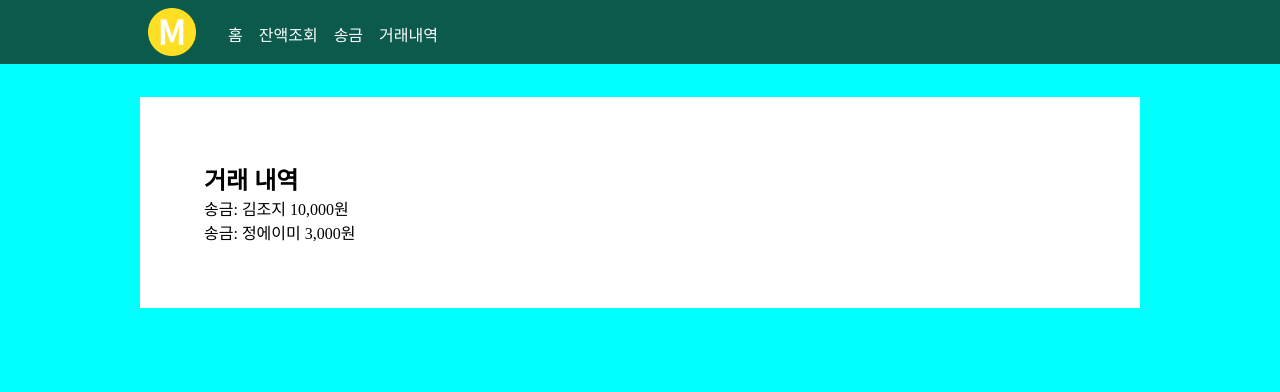
Repository: JiNookk/makaobank
Page: week06/makaoBank/transaction.html
The author's editor kept a copy of each file at every save. The page is drawn from the files as they stood at one save, then again after the next save.
The browser window is 1280 px wide. The pictures show the whole page.

Above is the page before, as saved 2022-09-13 17:18:44.

### week06/makaoBank/transaction.html
<!DOCTYPE html>
<html lang="ko">
    <head>
        <meta charset="UTF-8">
        <title>마카오 뱅크</title>
        <!-- <link rel="favicon for makaoBank" href="./resources/logo.png"> favicon나중에 넣어보기-->
        <link rel="stylesheet" href="./css/reset.css">
        <link rel="stylesheet" href="./css/layout.css">
        <link rel="stylesheet" href="./css/elements.css">
    </head>
    <body>
        <header>
            <nav id="nav-item-container">
                <a href="./index.html">
                    <img id="home-logo" alt="makaoBank home Button" src="./resources/logo.png">
                </a>
                <a href="./index.html">홈</a>
                <a href="./amount.html">잔액조회</a>
                <a href="./transfer.html">송금</a>
                <a href="./transaction.html">거래내역</a>
            </nav>
        </header>
        <main>
            <section class="content-container">
               <h1>거래 내역</h1>
               <p>송금: 김조지 10,000원</p>
               <p>송금: 정에이미 3,000원</p>
            </section>
        </main>
    </body>
</html>

### week06/makaoBank/css/reset.css
* {
    box-sizing: border-box;
    margin: 0px;
    padding: 0px;
}

### week06/makaoBank/css/layout.css
html{
    width: 100%;
    height: 100%;
}

body{
    display: grid;
    grid: 4rem 1fr 18fr 1fr / 1fr 500px 500px 1fr;

    grid-template-areas:
    "header header header header"
    ". . . ."
    ". main main ."
    ". . . .";

    color: white;
    background-color: aqua;

    width: 100%;
    height: 100%;
}

#home-contents-container{
    grid: 4rem 20vh 300px 24vh / 1fr 500px 500px 1fr;
    grid-template-areas:
    "header header header header"
    ". . . ."
    ". main main ."
    ". . . .";
}

header{
    grid-column-start: span 4;
    grid-area:header;

    display: grid;
    grid-template-columns: 1fr 500px 500px 1fr;

    height: 4rem;
    background-color: rgb(11,90,76);
}

nav{
    grid-column-start: 2;
    grid-row-start: 1;
}

nav *{
    margin-right: 1rem;
}

main{
    grid-area: main;
}

aside{
    grid-area: aside;
}

### week06/makaoBank/css/elements.css
/* aside>div{
    background-image: url("../resources/saving.png");
    width: 100%;
    height: 100%;
} */

a{
    color: white;
    text-decoration: none;
}

#nav-item-container{
    display: flex;

    align-items: center;

    padding: .5rem;
}

#home-items-container{
    display: flex;
}

#home-logo{
    height: 3rem;
}

#home-description{
    font-size: 1.8rem;

    display: flex;
    flex-direction: column;
    align-items: center;

    width: 500px;
}

#home-description button{
    font-size: .6rem;

    justify-self: center;
    margin: .3rem;
    margin-top: 3rem;

    background-color: rgb(11,90,76);
    color: white;

    width: 160px;
    height: 65px;

    border-radius: 2.3rem;
}

#saving-image{
    width: 72vh;
    height: 40vh;
}

.content-container{
    padding: 4rem;

    background-color: white;
}

.content-container *{
    color: black;
}

After the next save:
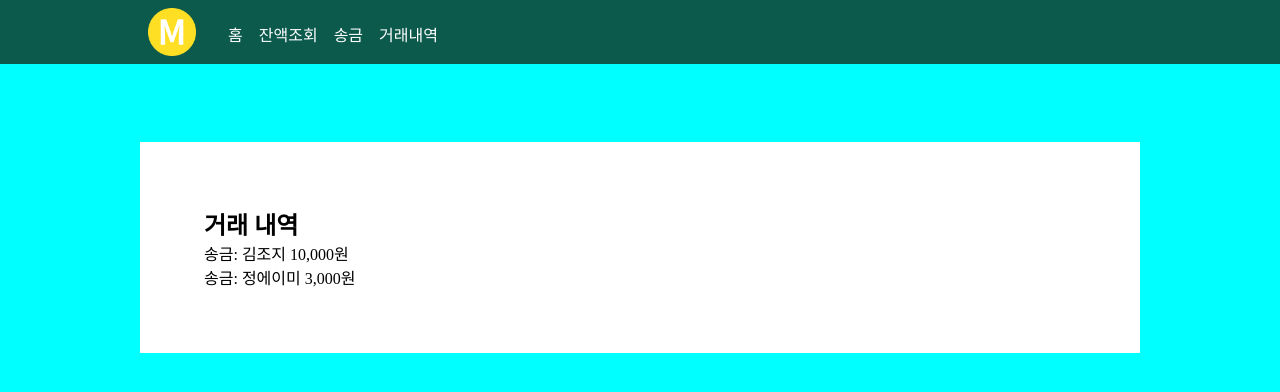
Saved 23 s later.
--- a/week06/makaoBank/css/layout.css
+++ b/week06/makaoBank/css/layout.css
@@ -5,7 +5,7 @@
 
 body{
     display: grid;
-    grid: 4rem 1fr 18fr 1fr / 1fr 500px 500px 1fr;
+    grid: 4rem 1fr 500px 1fr / 1fr 500px 500px 1fr;
 
     grid-template-areas:
     "header header header header"

After the save that followed:
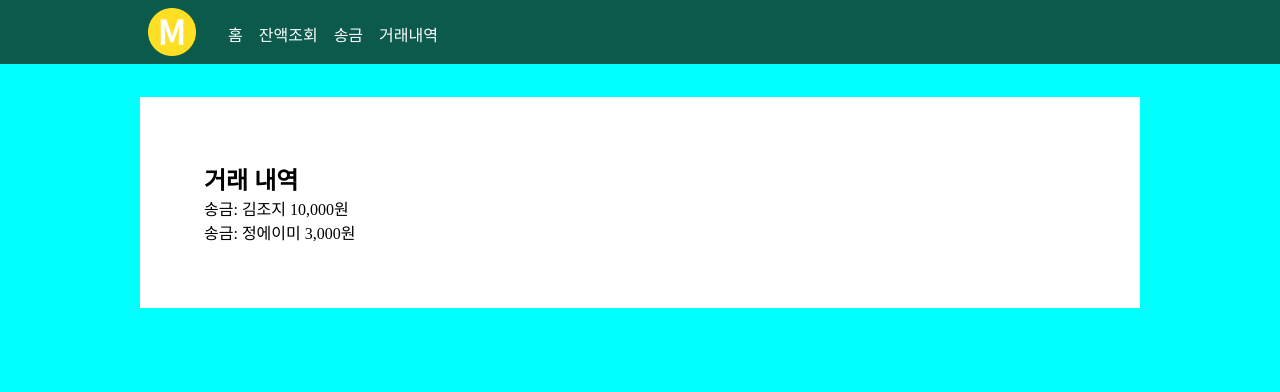
Saved 52 s later.
--- a/week06/makaoBank/css/layout.css
+++ b/week06/makaoBank/css/layout.css
@@ -5,7 +5,7 @@
 
 body{
     display: grid;
-    grid: 4rem 1fr 500px 1fr / 1fr 500px 500px 1fr;
+    grid: 4rem 1fr 18fr 1fr / 1fr 500px 500px 1fr;
 
     grid-template-areas:
     "header header header header"
@@ -21,7 +21,7 @@
 }
 
 #home-contents-container{
-    grid: 4rem 20vh 300px 24vh / 1fr 500px 500px 1fr;
+    grid: 4rem 1fr 300px 1fr / 1fr 500px 500px 1fr;
     grid-template-areas:
     "header header header header"
     ". . . ."
